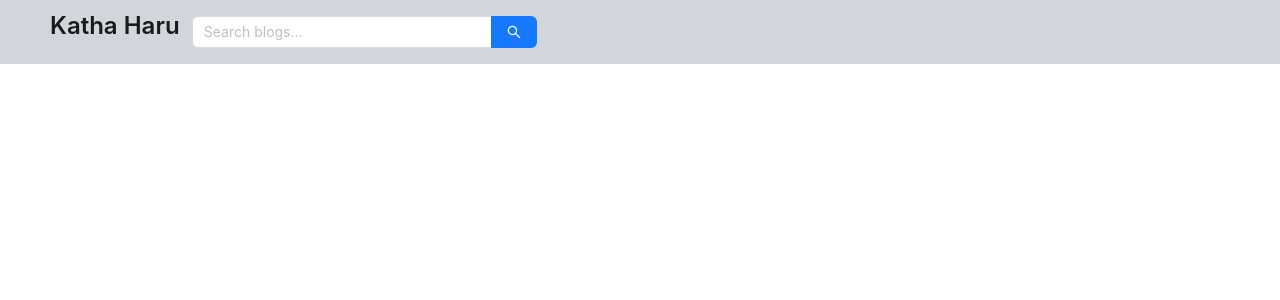
Repository: amich10/Blog_Frontend
Page: /user
These files come from the project's save history. The page is drawn as it stood at one moment and after the next save; the edit follows.
The browser window is 1280 px wide. The pictures show the whole page.
The project was rebuilt for these pictures with package versions that can differ from the ones it lists, and the page was loaded fresh each time. Also part of the build but not shown: vite.config.ts, src/pages/category/admin.category.tsx, src/services/user.service.tsx, src/pages/users/admin.user.list.tsx, src/components/input.component.tsx, src/pages/users/admin.adduser.tsx, src/pages/users/admin.user.edit.tsx, src/pages/category/add.category.tsx and 5 more.

Above is the page before, as saved 2025-04-25 12:14:53.

### index.html
<!doctype html>
<html lang="en">
  <head>
    <meta charset="UTF-8" />
    <link rel="icon" type="image/svg+xml" href="/vite.svg" />
    <meta name="viewport" content="width=device-width, initial-scale=1.0" />
    <title>Blog Platform</title>
  </head>
  <body>
    <div id="root"></div>
    <script type="module" src="/src/main.tsx"></script>
  </body>
</html>

### src/main.tsx
import { createRoot } from "react-dom/client";
import React from "react";
import './assets/css/main.css';
import '@ant-design/v5-patch-for-react-19';
import RouterConfig from "./config/router.config";

createRoot(document.getElementById('root')!).render(
  //<React.StrictMode>
    <RouterConfig />
  //</React.StrictMode>

);

### src/config/router.config.tsx
import { RouterProvider } from "react-router";
import { router } from "./routes.config";
import { ToastContainer } from "react-toastify";
import { AuthProvider } from "../context/auth.context";
import { CategoryProvider } from "../context/category context/category.context";

const RouterConfig = () => {
  return (
    <>
      <AuthProvider>
        <CategoryProvider>
        <ToastContainer theme="light" />
        <RouterProvider router={router}></RouterProvider>
        </CategoryProvider>
      </AuthProvider>
    </>
  );
};
export default RouterConfig;

### src/config/routes.config.tsx
import { createBrowserRouter } from "react-router";
import { lazy, Suspense } from "react";
import { Spin } from "antd";
//import ChangePasswordPage from "../pages/change-password after login/change.password";

import CategoryList from "../pages/category/admin.category";
import UserList from "../pages/users/admin.user.list";
import CreateUser from "../pages/users/admin.adduser";
import UserEdit from "../pages/users/admin.user.edit";
import AddCategory from "../pages/category/add.category";
import EditCategory from "../pages/category/edit.category";
import PostList from "../posts/posts.list";
import CreatePost from "../posts/post.create";
import EditPost from "../posts/edit.post";
import UserHomePage from "../pages/user role/home page/user.home.page";
const RegisterPage = lazy(() => import("../pages/auth/register/register.page"))
const HomePage = lazy(() => import("../pages/home/home.page"));
const ForgetPasswordPage = lazy(() => import("../pages/auth/forget-password/forget-password"));
const ActivateAccountPage = lazy(() => import("../pages/auth/activate-account/ativate-account"));
const ResetPasswordPage = lazy(() => import("../pages/auth/forget-password/reset-password"));
const AdminPannelPage = lazy(() => import("../pages/admin/admin.pannel"));

export const router = createBrowserRouter([
    {
      path: "/",
      element: (
        <Suspense fallback={<Spin fullscreen tip="Loading...." size="default" />}>
          <HomePage />
        </Suspense>
      ),
    },
    {
      path: "/register",
      element: <RegisterPage />,
    },
    {
      path: "/forget-password",
      element: <ForgetPasswordPage />,
    },
    {
      path: "activate/:activationToken",
      element: <ActivateAccountPage />,
    },
    {
      path: "verify-token/:forgetToken",
      element: (
        <Suspense fallback={<Spin fullscreen tip="Verifying token...." size="large" />}>
          <ResetPasswordPage />
        </Suspense>
      ),
    },
    {
      path: "admin",
      Component:AdminPannelPage,
      children:[
        {
            index:true
        },
        {
          path:'posts',
          Component:PostList
        },
        {
          path:"posts/create",
          Component:CreatePost
        },
        {
          path:"posts/:id",
          Component:EditPost
        },
        {
            path:'category',
            Component:CategoryList
        },
        {
          path:"category/create",
          Component:AddCategory
        },
        {
          path:"category/:id",
          Component:EditCategory
        },
        {
          path:'users',
          Component:UserList
        },
        {
          path:'users/create',
          Component:CreateUser
        },{
          path:"users/:id",
          Component:UserEdit
        },

      ]
    },
    {
      path:'user',
      Component:UserHomePage,
      children:[{
      }]
    }
  ]);

### src/context/auth.context.tsx
import { createContext, ReactNode, SetStateAction, useContext, useEffect, useState, Dispatch } from "react";
import authSvc from "../services/auth.service";
import notifcation, { getLocalStorage, NotificationType, setLocalStorage } from "../utilities/helpers";
import { webStorageConstants } from "../constants/constants";
import { Spin } from "antd";
import { LoadingOutlined } from '@ant-design/icons';

export interface ICredentials {
  username: string;
  password: string;
}

export interface IChildrenProps {
  children: ReactNode;
}

export interface IUserDetails {
  name: string;
  username: string;
  email: string;
  phone: string;
  address: string;
  role: string;
  status: string;
  _id: string;
  image: {
    url: string;
    optimizedUrl: string;
  };
  createdAt: Date;
  bio: string;
}

export interface IAuthContext {
    login: (credentials: ICredentials) => Promise<void>;
    forgetPassword: (data: { email: string }) => Promise<void>;
    userDetails: IUserDetails;
    setUserDetails: Dispatch<SetStateAction<IUserDetails | undefined>>;
  }

  export const AuthContext = createContext<IAuthContext>({
    login: async (_credentials: ICredentials): Promise<void> => {},
    forgetPassword: async (_data: { email: string }): Promise<void> => {},
    userDetails: {} as IUserDetails,
    setUserDetails: () => {},
  });

export const AuthProvider = ({ children }: IChildrenProps) => {
  const [userDetails, setUserDetails] = useState<IUserDetails>();
  const [loading,setLoading] = useState<boolean>(false)

  const getLoggedInUser = async () => {
    try {
      const userInfo = await authSvc.getRequest("auth/me");
      setUserDetails(userInfo.result.data);
      return userInfo.result.data;
    } catch (exception) {
      throw exception
    }
  };

  const LoginFunc = async (credentials: ICredentials) => {
    setLoading(true)
    try {
      const response = await authSvc.postRequest("/auth/login", credentials);
      notifcation(response.result.message, NotificationType.SUCCESS);
      setLocalStorage(webStorageConstants.ACCESS, response.result.data.accessToken);
      setLocalStorage(webStorageConstants.REFRESH, response.result.data.refreshToken);
      return await getLoggedInUser();
    } catch (exception: any) {
      notifcation(exception.response.message, NotificationType.ERROR);
    } finally{
    setLoading(false)
    }
  };

  const forgetPasswordFunc = async (data: { email: string }) => {
    try {
      const response = await authSvc.postRequest("auth/forget-password", data);
      notifcation(response.result.message, NotificationType.SUCCESS);
    } catch (exception: any) {
      const errorMsg = exception.response.message || "Unexpected error occurred. Please try again after some time.";
      notifcation(errorMsg, NotificationType.ERROR);
    }
  };

  //rehydrating state
  useEffect(() => {
    let token = getLocalStorage(webStorageConstants.ACCESS);
    if (token) {
      getLoggedInUser();
    }else{
        setLoading(false)
    }
  }, []);

  return (
    <AuthContext.Provider
      value={{
        login: LoginFunc,
        forgetPassword: forgetPasswordFunc,
        userDetails: userDetails as IUserDetails,
        setUserDetails: setUserDetails,
      }}
    >
      {loading ?  <Spin fullscreen tip="Loading ... " indicator={<LoadingOutlined/>}/> :children}
    </AuthContext.Provider>
  );
};


export const useAuth = () => {
  const { login, forgetPassword, userDetails, setUserDetails } = useContext(AuthContext);
  return {
    login,
    forgetPassword,
    userDetails,
    setUserDetails,
  };
};

### src/context/category context/category.context.tsx
import React, { createContext, useContext, useEffect, useState } from "react";
import { TablePaginationConfig } from "antd";
import { IResponseType } from "../../services/http.service";
import categorySvc from "../../services/category.service";
import notifcation, { NotificationType } from "../../utilities/helpers";
import { useAuth } from "../auth.context";

export interface IResult {
  image: {
    url: string;
    optimizedUrl: string;
  };
  _id: string;
  title: string;
  slug: string;
  parentId: string | null;
  status: string;
  createdBy: any;
  updatedBy: any;
  createdAt: string;
  updatedAt: string;
  __v: number;
}

export interface IQueryProps {
  page?: number;
  limit?: number;
  search?: string | null;
}

interface ICategoryContext {
  data: IResult[];
  loading: boolean;
  pagination: TablePaginationConfig;
  search: string;
  getAllCategory: (params?: IQueryProps) => void;
  setSearch: React.Dispatch<React.SetStateAction<string>>;
  setPagination: React.Dispatch<React.SetStateAction<TablePaginationConfig>>;
}

const CategoryContext = createContext<ICategoryContext | undefined>(undefined);

export const CategoryProvider: React.FC<{ children: React.ReactNode }> = ({ children }) => {
  const [data, setData] = useState<IResult[]>([]);
  const [loading, setLoading] = useState<boolean>(true);
  const [search, setSearch] = useState<string>("");
  const [pagination, setPagination] = useState<TablePaginationConfig>({
    total: 0,
    pageSize: 8,
    current: 1,
  });

  const { userDetails } = useAuth();

  const getAllCategory = async ({
    page = pagination.current,
    limit = pagination.pageSize,
    search = "",
  }: IQueryProps = {}) => {
    try {
      setLoading(true);
      const response: IResponseType = await categorySvc.getRequest("/category/all", {
        params: { page, limit, search },
      });
      setData(response.result.data);
      setPagination((prev) => ({
        ...prev,
        total: response.result.options.total,
        current: page,
        pageSize: limit,
      }));
    } catch (error) {
      notifcation("Could not fetch categories. Try again later.", NotificationType.ERROR);
    } finally {
      setLoading(false);
    }
  };

  useEffect(() => {
    if (userDetails) {
      getAllCategory();
    }
  }, [userDetails]);

  // Debounced search - only after user is authenticated
  useEffect(() => {
    if (userDetails) {
      const timer = setTimeout(() => {
        getAllCategory({ search });
      }, 500);
      return () => clearTimeout(timer);
    }
  }, [search, userDetails]);

  return (
    <CategoryContext.Provider
      value={{
        data,
        loading,
        pagination,
        search,
        getAllCategory,
        setSearch,
        setPagination,
      }}
    >
      {children}
    </CategoryContext.Provider>
  );
};

export const useCategory = (): ICategoryContext => {
  const context = useContext(CategoryContext);
  if (!context) throw new Error("useCategory must be used within a CategoryProvider");
  return context;
};

### src/pages/user role/home page/user.home.page.tsx
import { Layout } from "antd"
import { useState } from "react"
import AdminSideBar from "../../admin/admin.sidebar"
import UserHeader from "./user.header"

const{Header,Sider,Content} = Layout


const UserHomePage = () => {
    const [collapsed,setCollapsed] = useState<boolean>(false)
  return (
    <Layout>
        <Layout>
            <UserHeader/>
            <Content></Content>
        </Layout>
    </Layout>
  )
}

export default UserHomePage

### src/services/auth.service.tsx
import HttpService from "./http.service";

class AuthService extends HttpService {

}
const authSvc = new AuthService()
export default authSvc;

### src/utilities/helpers.tsx
import { toast } from "react-toastify"
export enum NotificationType {
    SUCCESS = "success",
    ERROR = "error",
    WARNING = "warning",
    INFO = "info"
}
const notifcation = (msg: string, type: NotificationType) => {
    if (type === NotificationType.SUCCESS) {
        toast.success(msg)
    } else if (type === NotificationType.ERROR) {
        toast.error(msg)
    } else if (type === NotificationType.WARNING) {
        toast.warning(msg)
    } else if (type === NotificationType.INFO) {
        toast.info(msg)
    } else {
        toast(msg)
    }
}
export default notifcation;



//webStorage:LocalStorage
//set localStorage
export const setLocalStorage = (name: string, value: string) => {
    localStorage.setItem(name, value)
}
//get localStorage
export const getLocalStorage = (name: string) => {
    return localStorage.getItem(name)
}
//remove localStorage
export const removeLocalStorage = (name: string) => {
    return localStorage.removeItem(name)
}
//remove all data from LocalStorage
export const cleanLocalStorage = () => {
    return localStorage.clear()
}

### src/constants/constants.tsx
export const webStorageConstants = {
        ACCESS:"access",
        REFRESH:"refresh"
}

### src/services/category.service.tsx
import HttpService from "./http.service";

class CategoryService extends HttpService {

}

const categorySVc = new CategoryService()
export default categorySVc;

### src/pages/user role/home page/user.header.tsx

import { Input, Layout, Typography } from 'antd';



const UserHeader = () => {

  return (
    <>
    <Layout.Header className=' flex bg-gray-300! '>
        <div className='flex justify-center items-center'>
          <Typography.Title level={3} className='font-mono w-50'>Katha Haru</Typography.Title>
          <Input.Search placeholder="Search blogs..." enterButton />
        </div>

    </Layout.Header>
    </>
  )
}
export default UserHeader;

### src/services/http.service.ts
import axiosInstance from "../config/axios.config";

export interface IResult {
    data?: Array<Record<string, any>> | Record<string, any> | null | any, //Record<string, any> for an object with string keys and any values.
    message: string,
    error?: any,
    options: any,
    status: string,
}

export interface IResponseType {
    result: IResult
    status: number
}

abstract class HttpService {
    #headers: Record<string, string> = {} //object
    #params: Record<string, string> = {}
    #config: any = {} //final axios config

    #setConfig(config: any) {
        this.#headers = {
            ...this.#headers,
            "Content-Type": "application/json"
        };

        if (config.file || config.files) {
            this.#headers["Content-Type"] = "multipart/form-data";
        }


        if (config.params) {
            this.#params = config.params;
        }

        this.#config = {
            headers: this.#headers,
            params: this.#params
        };
    }

    getRequest = async (url: string, config: any = {}): Promise<IResponseType> => {
        try {
            this.#setConfig(config);
            let { data: responseData, status } = await axiosInstance.get(url, this.#config);
            return {
                result: responseData,
                status: status
            };
        } catch (exception: any) {
            throw {
                response: exception?.response?.data,
                status: exception?.response?.status
            };
        }
    };

    postRequest = async (url: string, data: any, config: any = {}): Promise<IResponseType> => {
        try {
            this.#setConfig(config);
            let { data: responseData, status } = await axiosInstance.post(url, data, this.#config);
            return {
                result: responseData,
                status: status
            };
        } catch (exception: any) {
            throw {
                response: exception?.response?.data,
                status: exception?.response?.status
            };
        }
    };

    patchRequest = async (url: string, data: any, config: any = {}): Promise<IResponseType> => {
        try {
            this.#setConfig(config); //sets headers and params
            let { data: responseData, status } = await axiosInstance.patch(url, data, this.#config);
            return {
                result: responseData,
                status: status
            };
        } catch (exception: any) {
            throw {
                response: exception?.response?.data,
                status: exception?.response?.status
            };
        }
    };

    deleteRequest = async (url: string, config: any = {}): Promise<IResponseType> => {
        try {
            this.#setConfig(config);
            let { data: responseData, status } = await axiosInstance.delete(url, this.#config);
            return {
                result: responseData,
                status: status
            };
        } catch (exception: any) {
            throw {
                response: exception?.response?.data,
                status: exception?.response?.status
            };
        }
    };
}

export default HttpService;

### src/config/axios.config.tsx
import axios from "axios"
import { getLocalStorage } from "../utilities/helpers";
import { webStorageConstants } from "../constants/constants";


const axiosInstance = axios.create({
    baseURL:import.meta.env.VITE_API_URL,
    timeout: 30000, //in millisec = 30 sec
    timeoutErrorMessage:"Request time out",
    responseEncoding:"utf-8",
    responseType:"json",
})


axiosInstance.interceptors.request.use((config) =>{
    let token = getLocalStorage(webStorageConstants.ACCESS)
    if(token){
        config.headers.Authorization = `Bearer ${token}`
    }
    return config;
})


export default axiosInstance;

Loaded but not shown: src/assets/css/main.css (common file)

After the next save:
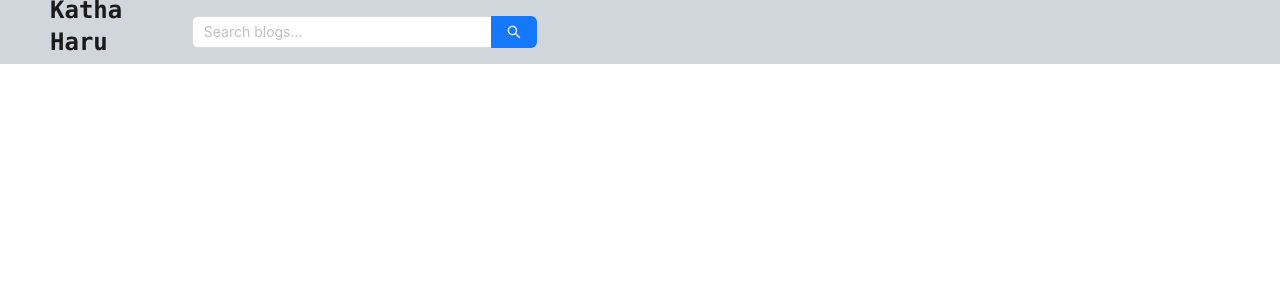
Saved 4 s later.
--- a/src/pages/user role/home page/user.header.tsx
+++ b/src/pages/user role/home page/user.header.tsx
@@ -9,7 +9,7 @@
     <>
     <Layout.Header className=' flex bg-gray-300! '>
         <div className='flex justify-center items-center'>
-          <Typography.Title level={3} className='font-mono w-50'>Katha Haru</Typography.Title>
+          <Typography.Title level={3} className='font-mono! w-50'>Katha Haru</Typography.Title>
           <Input.Search placeholder="Search blogs..." enterButton />
         </div>
 
